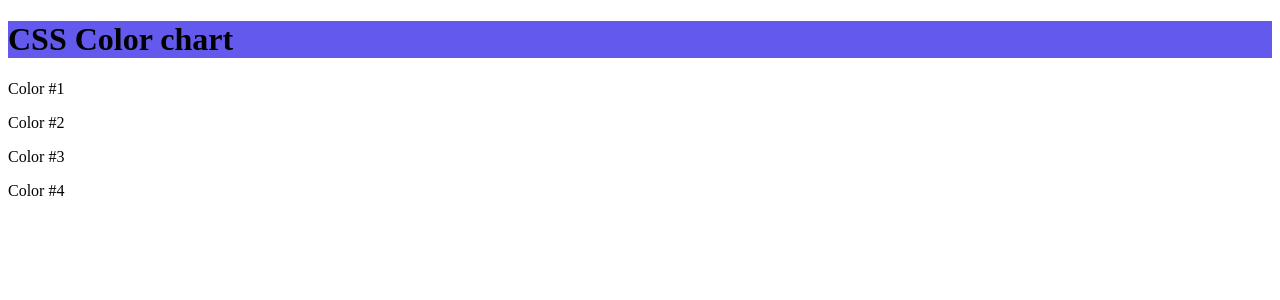
Repository: daehyeonhong/HTML
Page: ch04/WebContent/css/colorcss.html
An editor plug-in stored every save of this project. The page is shown before and after the next save, followed by the edit.
The browser window is 1280 px wide. The pictures show the whole page.

Above is the page before, as saved 2020-05-19 03:43:07.

After the next save:
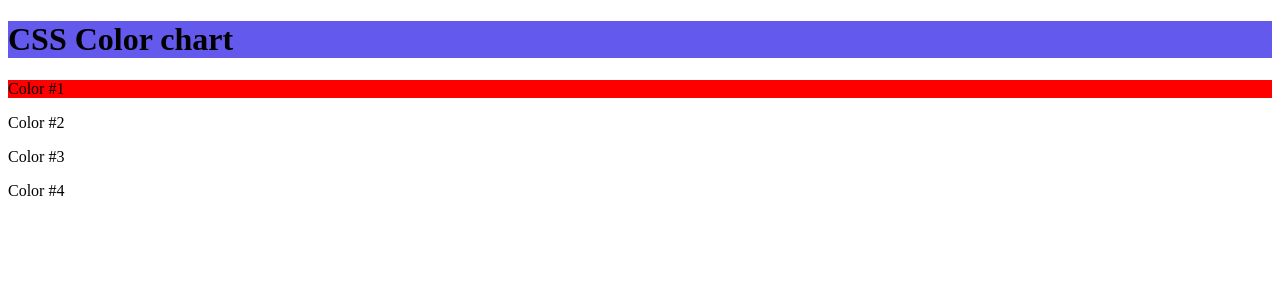
Saved 39 s later.
--- a/ch04/WebContent/css/colorcss.html
+++ b/ch04/WebContent/css/colorcss.html
@@ -5,7 +5,11 @@
 <title>Insert title here</title>
 <style>
 h1 {
-	background-color:#6459ed;
+	background-color: #6459ed;
+}
+
+p.a {
+	background-color: #f00;
 }
 </style>
 </head>
